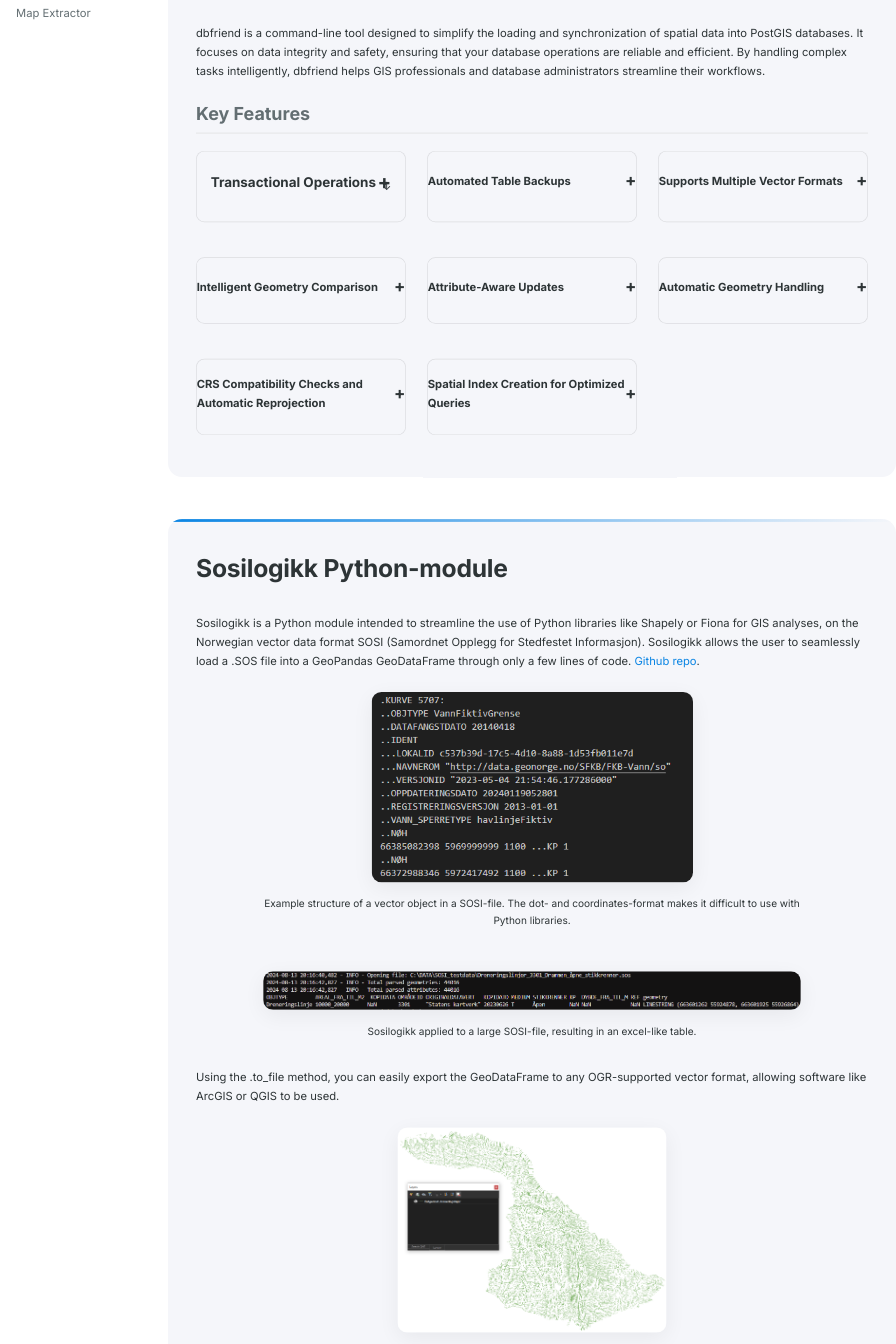
Repository: jesperfjellin/jesper-fjellin-pages
Page: index.html
An editor plug-in stored every save of this project. The page is shown before and after the next save, followed by the edit.
The browser window is 1280 px wide. The pictures show the part of the page from y = 862 to 2782 px (the page is 5155 px tall before and 5183 px after), at 70% of full size.

Above is the page before, as saved 2024-11-08 01:23:20.

After the next save:
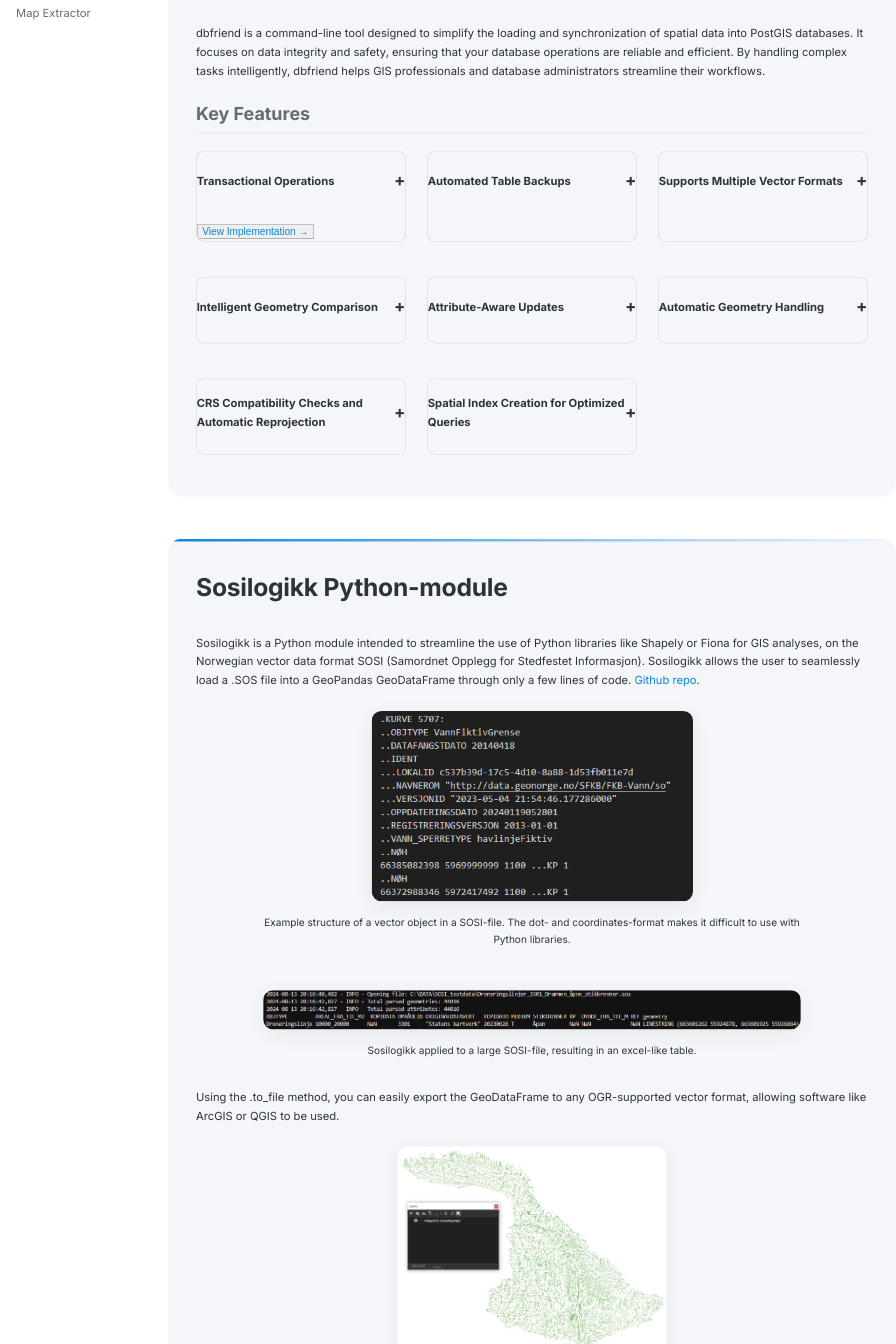
Saved 106 s later.
--- a/index.html
+++ b/index.html
@@ -412,6 +412,74 @@
             0% { transform: translate(-50%, 0); opacity: 1; }
             100% { transform: translate(-50%, 15px); opacity: 0; }
         }
+
+        /* Feature Cards */
+        .feature-card {
+            backgroun
+        }
+
+        /* Modal/Popup for code */
+        .code-modal {
+            display: none;
+            position: fixed;
+            z-index: 1;
+            left: 0;
+            top: 0;
+            width: 100%;
+            height: 100%;
+            overflow: auto;
+            background-color: rgba(0,0,0,0.4);
+        }
+
+        .modal-content {
+            background-color: #fefefe;
+            margin: 15% auto;
+            padding: 20px;
+            border: 1px solid #888;
+            width: 80%;
+        }
+
+        .modal-header {
+            display: flex;
+            justify-content: space-between;
+            align-items: center;
+            border-bottom: 1px solid #eee;
+            padding-bottom: 10px;
+        }
+
+        .modal-header h3 {
+            margin: 0;
+            font-size: 1.5em;
+        }
+
+        .close-modal {
+            color: #aaa;
+            font-size: 28px;
+            font-weight: bold;
+        }
+
+        .close-modal:hover,
+        .close-modal:focus {
+            color: black;
+            text-decoration: none;
+            cursor: pointer;
+        }
+
+        .modal-body {
+            padding: 20px;
+        }
+
+        .view-code-btn {
+            display: inline-block;
+            margin-top: 10px;
+            color: var(--accent-color);
+            text-decoration: none;
+            font-size: 0.9em;
+        }
+
+        .view-code-btn:hover {
+            text-decoration: underline;
+        }
     </style>
 </head>
 <body>
@@ -449,30 +517,10 @@
                 <div class="features">
                     <h3>Key Features</h3>
                     <div class="feature-cards">
-                        <div class="feature-card">
-                            <div class="feature-header">
-                                <h4>Transactional Operations</h4>
-                                <p>All database operations are executed within transactions, ensuring data integrity and automatic rollback on failure.</p>
-                            </div>
-                            <div class="feature-code">
-                                <pre><code class="python">
-def transaction(self) -> Transaction:
-    """Creates a new transaction context.
-
-    Returns:
-        Transaction: A context manager that handles the transaction.
-
-    Example:
-        with dbfriend.transaction() as tx:
-            tx.load_table("data.geojson")
-    """
-    return Transaction(self._engine)
-                                </code></pre>
-                                <a href="https://github.com/jesperfjellin/dbfriend/blob/main/src/transaction.py"
-                                   class="source-link" target="_blank">
-                                   View Source →
-                                </a>
-                            </div>
+                        <div class="feature-card" data-code="transaction-code">
+                            <h4>Transactional Operations</h4>
+                            <p>All database operations are executed within transactions, ensuring data integrity and automatic rollback on failure.</p>
+                            <button class="view-code-btn">View Implementation →</button>
                         </div>
                         <div class="feature-card">
                             <h4>Automated Table Backups</h4>
@@ -557,6 +605,34 @@
         </div>
     </div>
 
+    <div class="code-modal" id="code-modal">
+        <div class="modal-content">
+            <div class="modal-header">
+                <h3>Implementation</h3>
+                <button class="close-modal">&times;</button>
+            </div>
+            <div class="modal-body">
+                <pre><code class="python">
+def transaction(self) -> Transaction:
+    """Creates a new transaction context.
+
+    Returns:
+        Transaction: A context manager that handles the transaction.
+
+    Example:
+        with dbfriend.transaction() as tx:
+            tx.load_table("data.geojson")
+    """
+    return Transaction(self._engine)
+                </code></pre>
+                <a href="https://github.com/jesperfjellin/dbfriend/blob/main/src/transaction.py"
+                   class="source-link" target="_blank">
+                   View Source →
+                </a>
+            </div>
+        </div>
+    </div>
+
     <script>
         document.querySelectorAll('.feature-header').forEach(header => {
             header.addEventListener('click', () => {
@@ -564,6 +640,20 @@
                 card.classList.toggle('active');
             });
         });
+
+        document.querySelectorAll('.view-code-btn').forEach(btn => {
+            btn.addEventListener('click', () => {
+                const codeModal = document.getElementById('code-modal');
+                codeModal.style.display = 'block';
+            });
+        });
+
+        document.querySelectorAll('.close-modal').forEach(btn => {
+            btn.addEventListener('click', () => {
+                const codeModal = document.getElementById('code-modal');
+                codeModal.style.display = 'none';
+            });
+        });
     </script>
 </body>
 </html>
